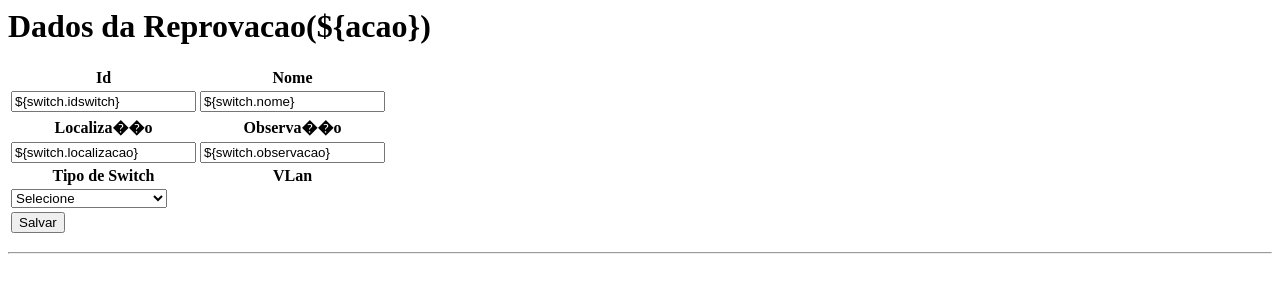
Repository: WilliamEstrela/trabalho1VA-PROG4
Page: CRUDLanManagerV5/WebContent/manterreprovacao/editform.html
The author's editor kept a copy of each file at every save. The page is drawn from the files as they stood at one save, then again after the next save.
The browser window is 1280 px wide. The pictures show the whole page.

Above is the page before, as saved 2019-09-05 22:26:39.

After the next save:
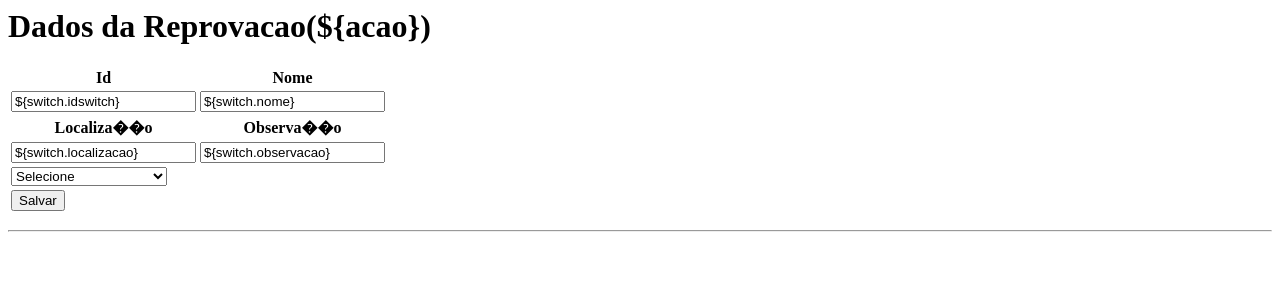
Saved 10 s later.
--- a/CRUDLanManagerV5/WebContent/manterreprovacao/editform.html
+++ b/CRUDLanManagerV5/WebContent/manterreprovacao/editform.html
@@ -20,10 +20,6 @@
 	<td><input type="text" name="observacao" value="${switch.observacao}"></td>
 </tr>
 <tr>
-	<th>Tipo de Switch</th>
-	<th>VLan</th>
-</tr>
-<tr>
 	<td>
 	<select name="tipo_idtipo">
 	    <option value="">Selecione</option>
